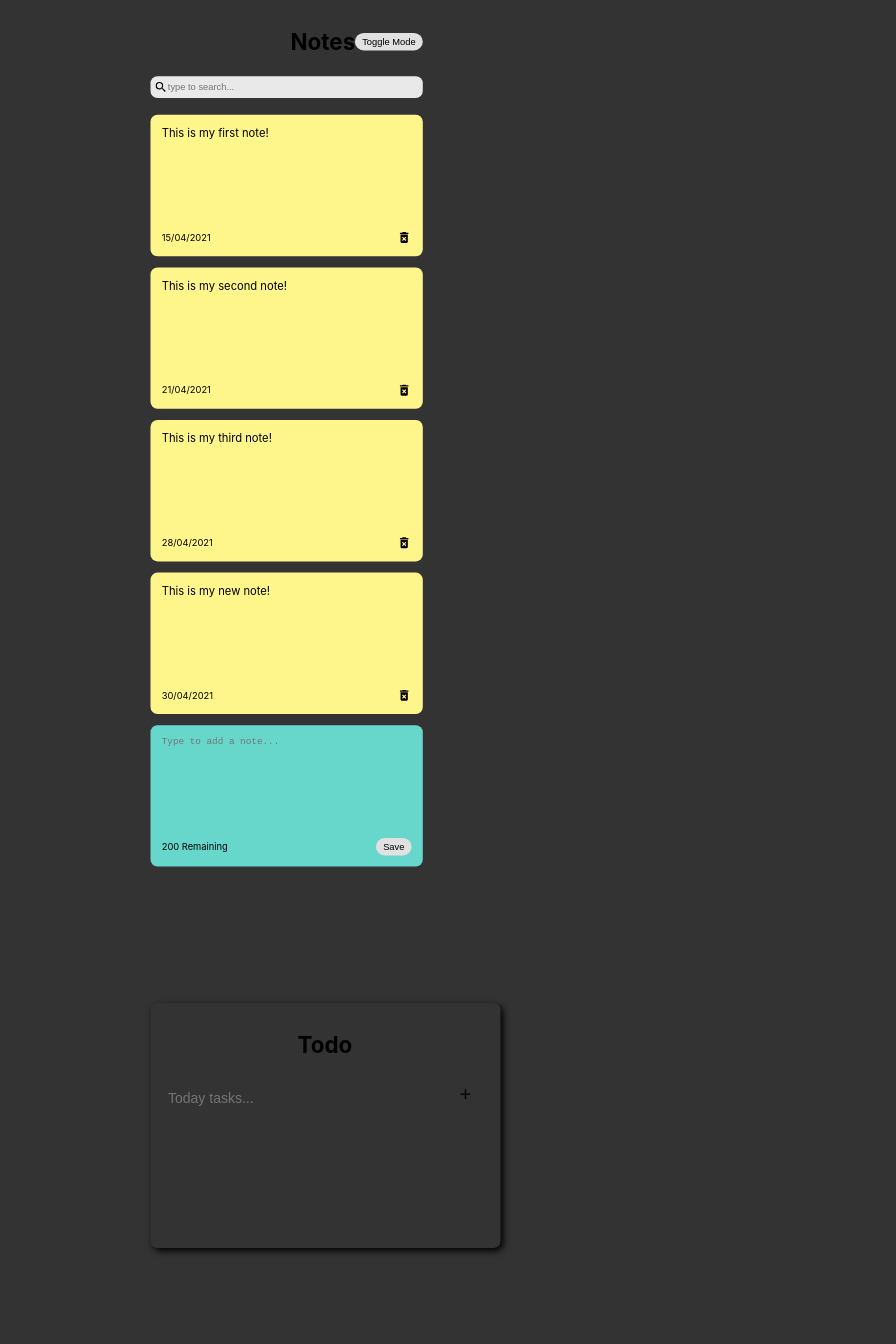
Repository: subhamRsahoo/note
Page: /
These files come from the project's save history. The page is drawn as it stood at one moment and after the next save; the edit follows.
The browser window is 1280 px wide. The pictures show the part of the page from y = 0 to 1920 px (the page is 2854 px tall before and 2755 px after), at 70% of full size.
The project was rebuilt for these pictures with package versions that can differ from the ones it lists, and the page was loaded fresh each time.

Above is the page before, as saved 2021-07-15 17:25:17.

After the next save:
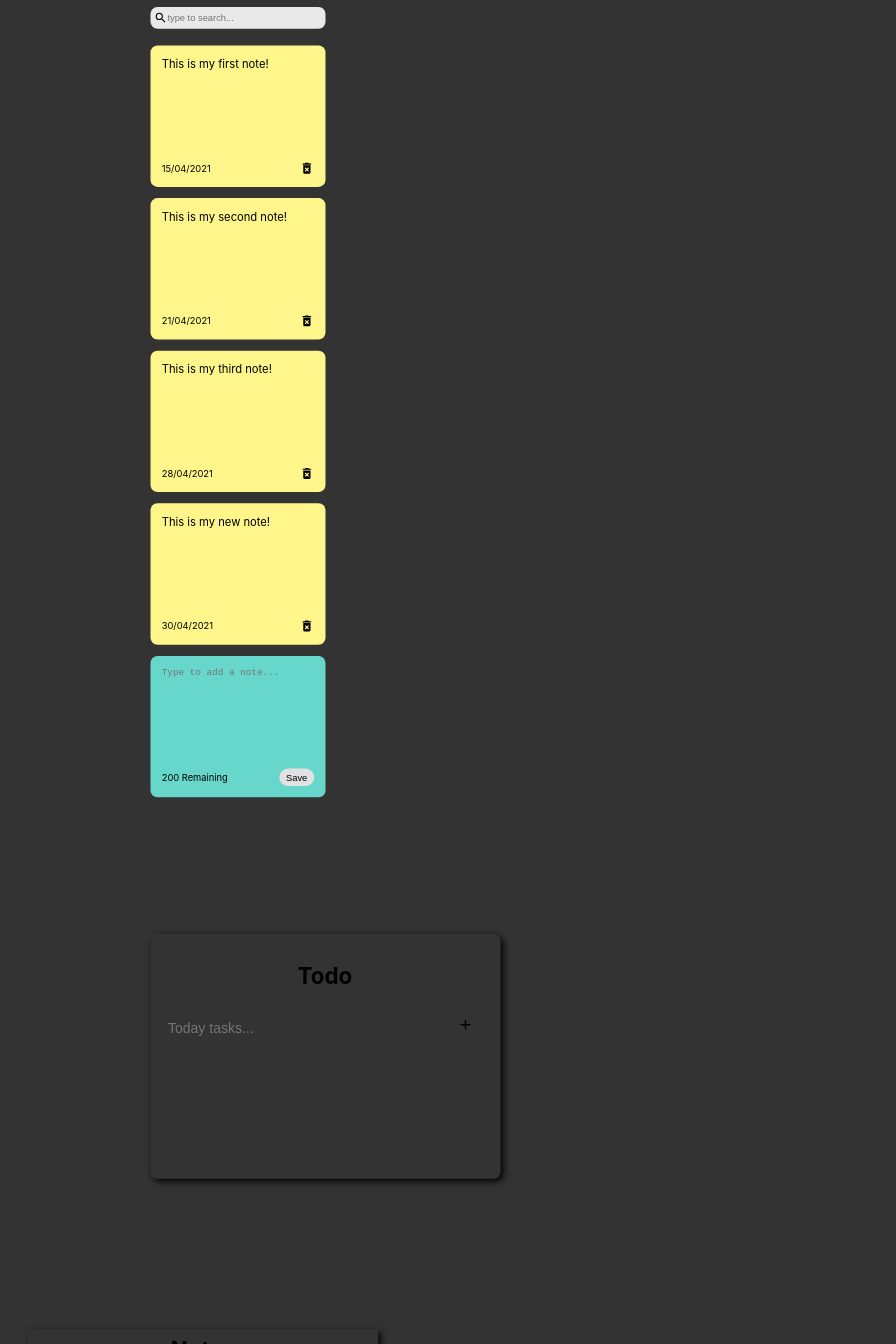
Saved 42 s later.
--- a/src/components/New folder/App.js
+++ b/src/components/New folder/App.js
@@ -68,7 +68,7 @@ const App = () => {
 	return (
 		<div className={`${darkMode && 'dark-mode'}`}>
 			<div className='container'>
-				<Header handleToggleDarkMode={setDarkMode} />
+				{/* <Header handleToggleDarkMode={setDarkMode} /> */}
 				<Search handleSearchNote={setSearchText} />
 				<NotesList
 					notes={notes.filter((note) =>
